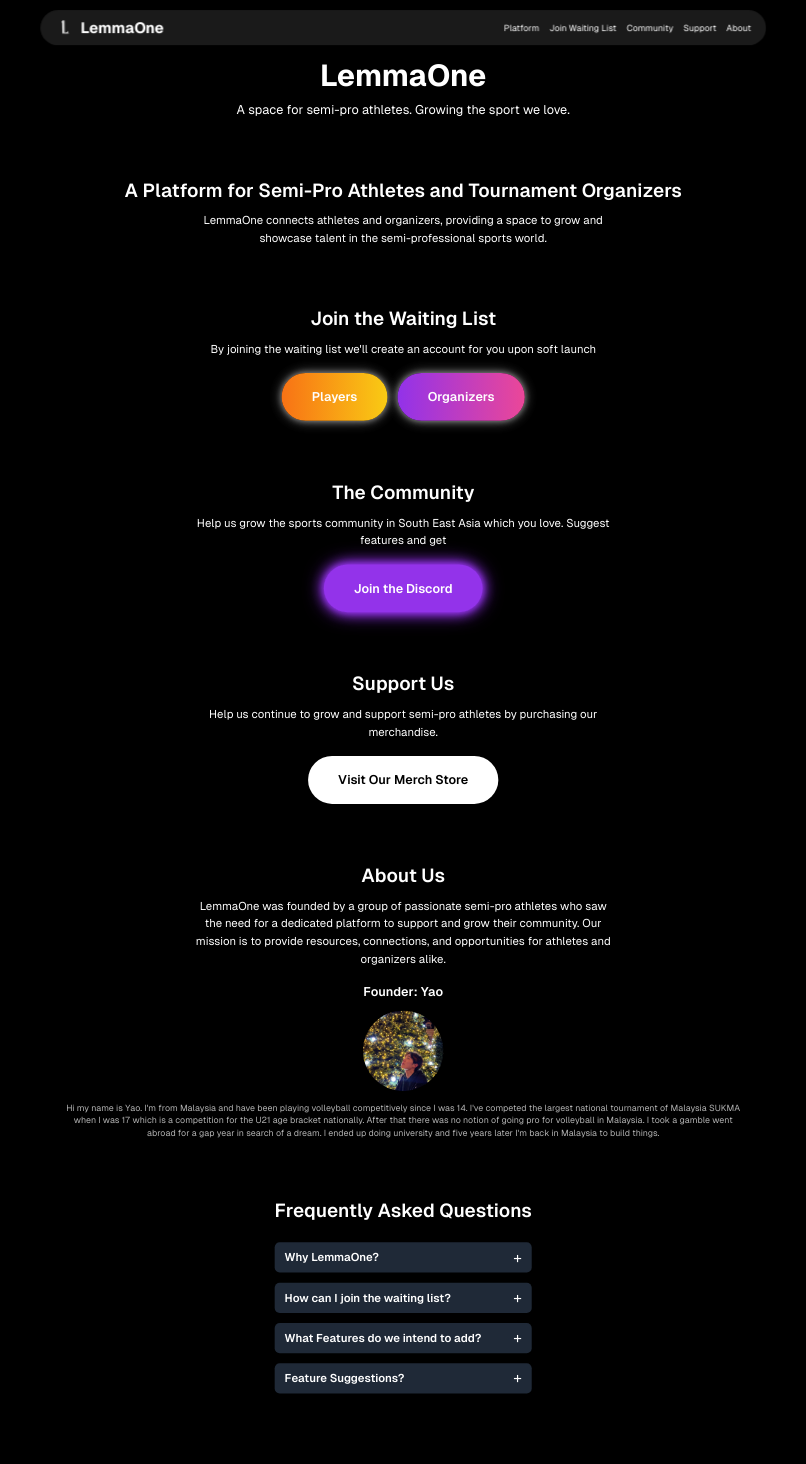
Repository: yao-creative/lemma-one-launch
Page: /
These files come from the project's save history. The page is drawn as it stood at one moment and after the next save; the edit follows.
The browser window is 1280 px wide. The pictures show the whole page, at 63% of full size.
The project was rebuilt for these pictures with package versions that can differ from the ones it lists, and the page was loaded fresh each time. The framework's server and built-in components were replaced by stand-ins that run in the browser. Also part of the build but not shown: next.config.js, next.config.mjs.

Above is the page before, as saved 2024-09-26 04:17:11.

After the next save:
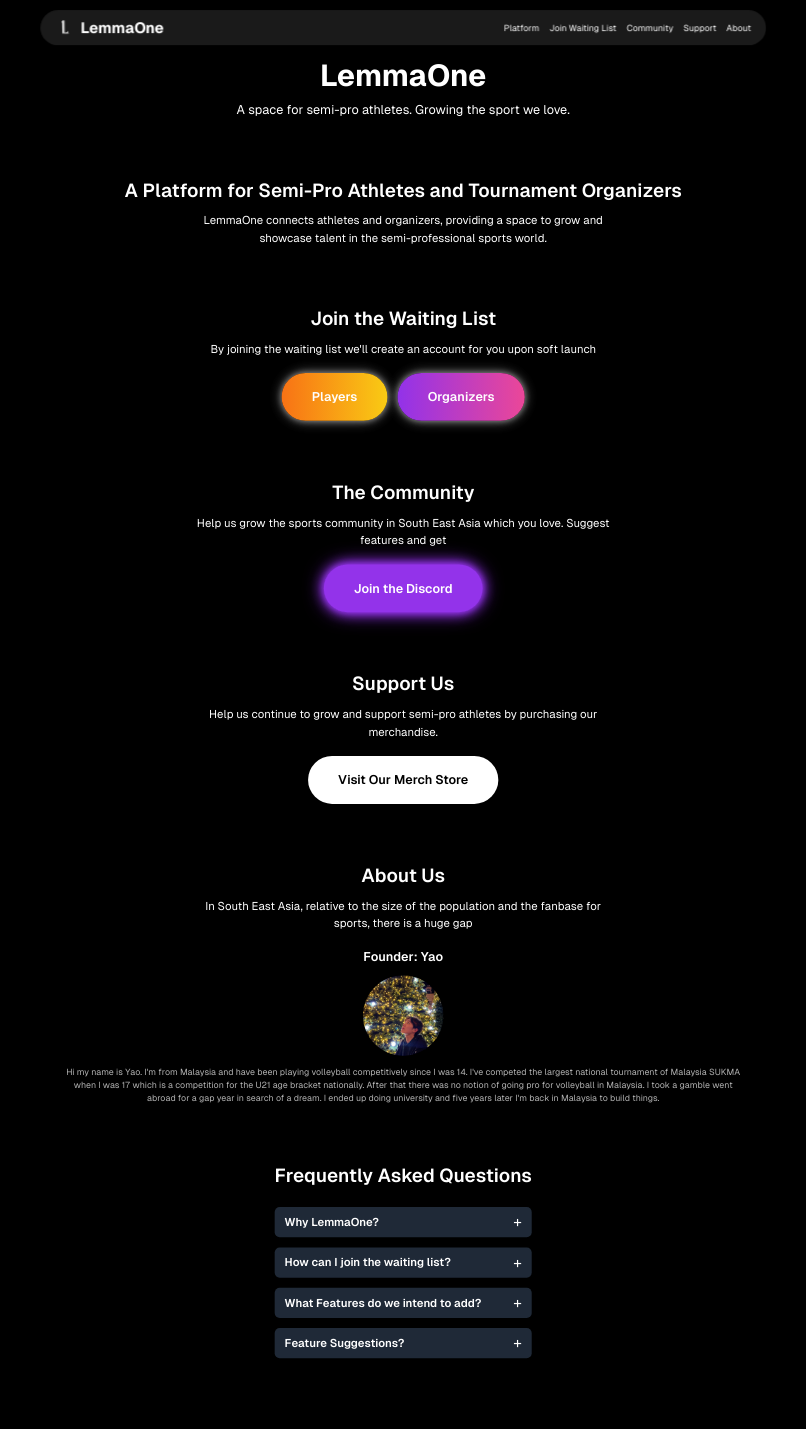
Saved 12 s later.
--- a/app/page.tsx
+++ b/app/page.tsx
@@ -125,7 +125,7 @@ export default function Home() {
         <section ref={aboutRef} className="text-center flex flex-col items-center">
           <h3 className="text-2xl md:text-3xl font-semibold font-nike mb-4">About Us</h3>
           <p className="text-base md:text-lg max-w-2xl">
-            LemmaOne was founded by a group of passionate semi-pro athletes who saw the need for a dedicated platform to support and grow their community. Our mission is to provide resources, connections, and opportunities for athletes and organizers alike.
+          In South East Asia, relative to the size of the population and the fanbase for sports, there is a huge gap
           </p>
           <div className="mt-6">
             <h3 className="text-xl font-semibold mb-4">Founder: Yao</h3>
